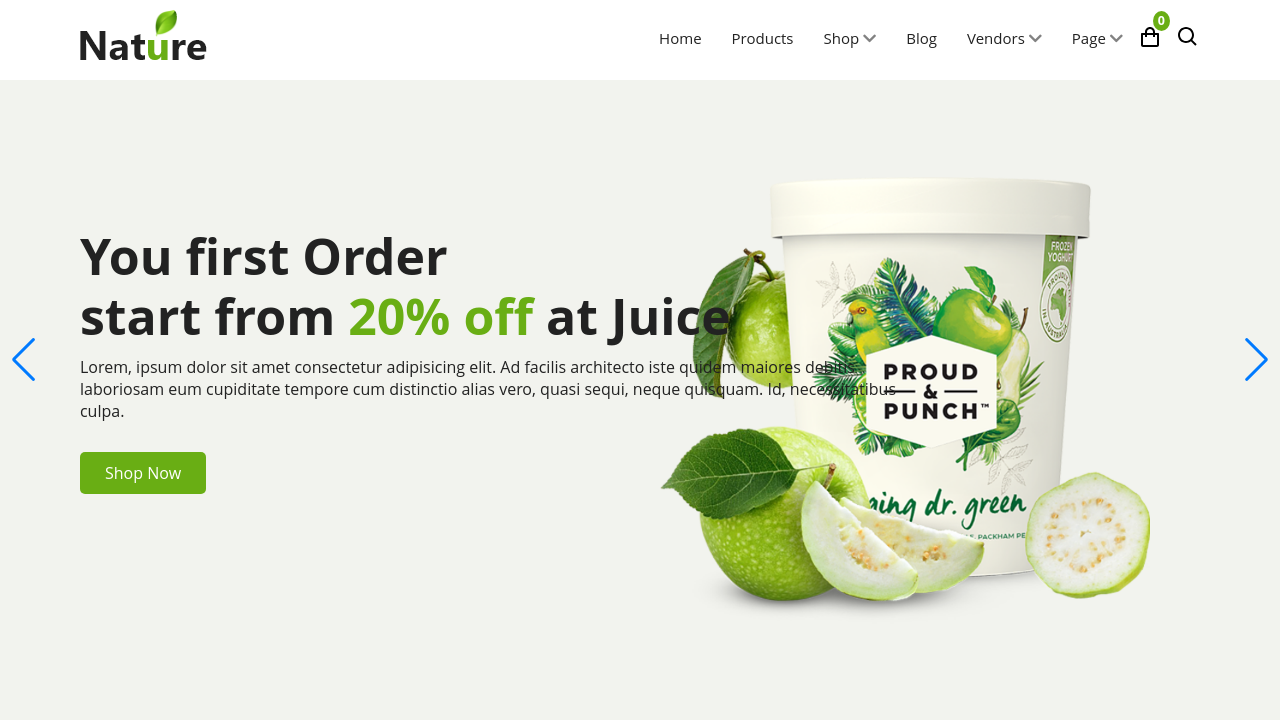
Repository: hoanggiainfomation/hoanggiainfomation.github.io
Page: index.html
These files come from the project's save history. The page is drawn as it stood at one moment and after the next save; the edit follows.
The browser window is 1280 px wide. The pictures show the whole page.
Some web libraries are served in a nearby version.

Above is the page before, as saved 2021-08-17 19:30:57.

### index.html
<!DOCTYPE html>
<html lang="en">
  <head>
    <meta charset="UTF-8" />
    <meta name="viewport" content="width=device-width, initial-scale=1.0" />
    <!-- Favicon -->
    <link rel="shortcut icon" href="./images/favicon.png" type="image/png" />
    <!-- Font Awesome -->
    <link
      rel="stylesheet"
      href="https://cdnjs.cloudflare.com/ajax/libs/font-awesome/5.15.1/css/all.min.css"
    />
    <!-- ======== Swiper Js ======= -->
    <link
      rel="stylesheet"
      href="https://cdnjs.cloudflare.com/ajax/libs/Swiper/6.7.5/swiper-bundle.min.css"
    />

    <!-- Boxicons -->
    <link
      href="https://unpkg.com/boxicons@2.0.8/css/boxicons.min.css"
      rel="stylesheet"
    />
    <!-- Custom StyleSheet -->
    <link rel="stylesheet" href="./styles.css" />
    <title>Codevo - Ecommerce Website</title>
  </head>
  <!-- Navigation -->
  <nav class="nav">
    <div class="wrapper container">
      <div class="logo">
        <a href="">
          <img src="./images/logo.png" alt="" />
        </a>
      </div>
      <ul class="nav-list show">
        <div class="top">
          <label for="" class="btn close-btn"
            ><i class="fas fa-times"></i
          ></label>
        </div>
        <li><a href="index.html">Home</a></li>
        <li><a href="products.html">Products</a></li>
        <li>
          <a href="" class="desktop-item"
            >Shop <span><i class="fas fa-chevron-down"></i></span
          ></a>
          <input type="checkbox" id="showMega" />
          <label for="showMega" class="mobile-item"
            >Shop <span><i class="fas fa-chevron-down"></i></span
          ></label>
          <div class="mega-box">
            <div class="content">
              <div class="row">
                <img src="./images/nav.png" alt="" />
              </div>
              <div class="row">
                <header>Shop Layout</header>
                <ul class="mega-links">
                  <li><a href="#">Shop With Background</a></li>
                  <li><a href="#">Shop Mini Categories</a></li>
                  <li><a href="#">Shop Only Categories</a></li>
                  <li><a href="#">Shop Icon Categories</a></li>
                </ul>
              </div>
              <div class="row">
                <header>Filter Layout</header>
                <ul class="mega-links">
                  <li><a href="#">Sidebar</a></li>
                  <li><a href="#">Filter Default</a></li>
                  <li><a href="#">Filter Drawer</a></li>
                  <li><a href="#">Filter Dropdown</a></li>
                </ul>
              </div>
              <div class="row">
                <header>Product Layout</header>
                <ul class="mega-links">
                  <li><a href="#">Layout Zoom</a></li>
                  <li><a href="#">Layout Sticky</a></li>
                  <li><a href="#">Layout Sticky 2</a></li>
                  <li><a href="#">Layout Scroll</a></li>
                </ul>
              </div>
            </div>
          </div>
        </li>
        <li><a href="">Blog</a></li>
        <li>
          <a href="" class="desktop-item"
            >Vendors <span><i class="fas fa-chevron-down"></i></span
          ></a>
          <input type="checkbox" id="showdrop1" />
          <label for="showdrop1" class="mobile-item"
            >Vendors <span><i class="fas fa-chevron-down"></i></span
          ></label>
          <ul class="drop-menu1">
            <li><a href="">Vendor Store listings</a></li>
            <li><a href="">Store Details</a></li>
          </ul>
        </li>

        <li>
          <a href="" class="desktop-item"
            >Page <span><i class="fas fa-chevron-down"></i></span
          ></a>
          <input type="checkbox" id="showdrop2" />
          <label for="showdrop2" class="mobile-item"
            >Page <span><i class="fas fa-chevron-down"></i></span
          ></label>
          <ul class="drop-menu2">
            <li><a href="">About</a></li>
            <li><a href="">Contact</a></li>
            <li><a href="">Faq</a></li>
            <li><a href="">Page 404</a></li>
          </ul>
        </li>
        <!-- icons -->
        <li class="icons">
          <a href="cart.html">
            <span>
              <img src="./images/shoppingBag.svg" alt="" />
              <small class="count d-flex">0</small>
            </span>
          </a>
          <span><img src="./images/search.svg" alt="" /></span>
        </li>
      </ul>
      <label for="" class="btn open-btn"><i class="fas fa-bars"></i></label>
    </div>
  </nav>
  <!-- Hero -->
  <div class="hero">
    <div class="row">
      <!-- Swiper -->
      <div class="swiper-container slider-1">
        <div class="swiper-wrapper">
          <div class="swiper-slide-active">
            <img src="./images/hero-1.png" alt="" />
            <div class="content">
              <h1>
                Super market vegbox
                <br />
                start from
                <span>$9</span>
              </h1>
              <p>
                Lorem, ipsum dolor sit amet consectetur adipisicing elit. Ad
                facilis architecto iste quidem maiores debitis laboriosam eum
                cupiditate tempore cum distinctio alias vero, quasi sequi, neque
                quisquam. Id, necessitatibus culpa.
              </p>
              <a href="">Shop Now</a>
            </div>
          </div>
          <div class="swiper-slide">
            <img src="./images/hero-2.png" alt="" />
            <div class="content">
              <h1>
                You first Order
                <br />
                start from
                <span>20% off</span>
                at Juice
              </h1>
              <p>
                Lorem, ipsum dolor sit amet consectetur adipisicing elit. Ad
                facilis architecto iste quidem maiores debitis laboriosam eum
                cupiditate tempore cum distinctio alias vero, quasi sequi, neque
                quisquam. Id, necessitatibus culpa.
              </p>
              <a href="">Shop Now</a>
            </div>
          </div>
          <div class="swiper-slide">
            <img src="./images/hero-3.png" alt="" />
            <div class="content">
              <h1>
                Super market vegbox
                <br />
                start from
                <span>$9</span>
              </h1>
              <p>
                Lorem, ipsum dolor sit amet consectetur adipisicing elit. Ad
                facilis architecto iste quidem maiores debitis laboriosam eum
                cupiditate tempore cum distinctio alias vero, quasi sequi, neque
                quisquam. Id, necessitatibus culpa.
              </p>
              <a href="">Shop Now</a>
            </div>
          </div>
        </div>
        <div class="swiper-button-next"></div>
        <div class="swiper-button-prev"></div>
      </div>
    </div>
  </div>
  <body>
    <!-- ======== SwiperJS ======= -->
    <script src="https://cdnjs.cloudflare.com/ajax/libs/Swiper/6.7.5/swiper-bundle.min.js"></script>
    <!-- Custom Scripts -->
    <script src="./js/slider.js"></script>
    <script src="./js/index.js"></script>
  </body>
</html>

### styles.css
:root {
  --primary: #69ae14;
  --white: #fff;
  --black: #222;
  --grey1: #3a3b3c;
  --grey2: #828282;
}

*,
*::before,
*::after {
  margin: 0;
  padding: 0;
  box-sizing: inherit;
}

@import url("https://fonts.googleapis.com/css2?family=Open+Sans:wght@400;600;700&display=swap");

html {
  box-sizing: border-box;
  font-size: 62.5%;
}

body {
  font-family: "Open Sans", sans-serif;
  font-size: 1.6rem;
  background-color: var(--white);
  color: var(--black);
  font-weight: 400;
}

h1,
h2,
h3,
h4,
h5 {
  font-weight: 600;
}

a {
  text-decoration: none;
  color: inherit;
}

li {
  list-style: none;
}

.container {
  max-width: 114rem;
  margin: 0 auto;
}

@media (max-width: 1200px) {
  .container {
    padding: 0 3rem;
  }
}

@media (max-width: 768px) {
  .container {
    max-width: 60rem;
  }
}

.d-flex {
  display: flex;
  align-items: center;
}

nav {
  position: fixed;
  top: 0;
  left: 0;
  width: 100%;
  z-index: 999;
  background-color: var(--white);
  height: 8rem;
  line-height: 8rem;
}

.nav.fix-nav {
  width: 100%;
  box-shadow: 0 5px 15px rgba(0, 0, 0, 0.3);
  z-index: 999;
}

nav .wrapper {
  display: flex;
  align-items: center;
  justify-content: space-between;
  position: relative;
  height: 100%;
}

.wrapper .logo {
  height: 100%;
}

.wrapper .logo a {
  display: flex;
  align-items: center;
  justify-content: center;
  height: 100%;
}

.wrapper .nav-list {
  display: inline-flex;
}

.nav-list li i {
  color: var(--grey2);
}
/* .nav-list li i::after {
  content: "";
  position: absolute;
  top: 0;
  right: 0;
  width: 10px;
  height: 10px;
} */

.nav-list a {
  color: var(--black);
  font-size: 1.5rem;
  padding: 0.9rem 1.5rem;
  border-radius: 0.5rem;
  transition: all 300ms ease;
}

.nav-list li a:hover {
  color: var(--primary);
}

.nav-list .drop-menu1,
.nav-list .drop-menu2 {
  box-shadow: 0 0 2px rgba(0, 0, 0, 0.1);
  width: 20rem;
  top: 8.5rem;
  line-height: 4.5rem;
  position: absolute;
  background-color: var(--white);
  opacity: 0;
  visibility: hidden;
  transition: all 300ms ease;
}

.nav-list .drop-menu1 li a,
.nav-list .drop-menu2 li a {
  display: block;
  font-size: 1.5rem;
  width: 100%;
  padding: 0 0 0 1.5rem;
  border-radius: 0;
  color: var(--grey2);
}

.nav-list .drop-menu1 li a:hover,
.nav-list .drop-menu2 li a:hover {
  color: var(--primary);
}

.nav-list li:hover .drop-menu1,
.nav-list li:hover .drop-menu2,
.nav-list li:hover .mega-box {
  opacity: 1;
  visibility: visible;
  top: 6.5rem;
}

.mega-box {
  box-shadow: 0 0 2px rgba(0, 0, 0, 0.1);
  position: absolute;
  top: 8.5rem;
  left: 0;
  width: 100%;
  padding: 0 3rem;
  background-color: var(--white);
  opacity: 0;
  visibility: hidden;
  transition: all 300ms ease;
}

.mega-box .content {
  padding: 2.5rem 2rem;
  display: flex;
  width: 100%;
  justify-content: space-between;
}

.mega-box .content .row {
  width: calc(25% - 3rem);
  line-height: 4.5rem;
}

.content .row img {
  width: 100%;
  height: 100%;
  object-fit: cover;
}

.content .row header {
  font-size: 1.6rem;
  font-weight: 700;
  color: var(--grey1);
}

.content .row .mega-links {
  border-left: 1px solid rgba(255, 255, 255, 0.09);
  margin-left: -4rem;
}

.content .row li {
  padding: 0 2rem;
}

.content .row li a {
  padding: 0 2rem;
  display: block;
  font-size: 1.5rem;
  color: var(--grey2);
}

.content .row li a:hover {
  color: var(--primary);
}

.nav-list .mobile-item {
  display: none;
}

.nav-list input {
  display: none;
}

.wrapper .btn {
  color: var(--white);
  font-size: 2rem;
  cursor: pointer;
  display: none;
}

.nav-list .icons span {
  display: inline-block;
  margin: 0.5rem 1rem 0 0;
  position: relative;
}

.nav-list .icons a {
  padding: 0;
  display: inline-block;
}

.nav-list .icons .count {
  justify-content: center;
  position: absolute;
  top: 0.8rem;
  right: -0.8rem;
  background-color: var(--primary);
  height: 2rem;
  padding: 0.5rem;
  color: var(--white);
  font-weight: 700;
  border-radius: 50%;
}

@media (max-width: 968px) {
  .wrapper .nav-list {
    position: fixed;
    top: 0;
    left: -100%;
    height: 100%;
    width: 100%;
    max-width: 35rem;
    background-color: var(--white);
    display: block;
    overflow-y: auto;
    line-height: 5rem;
    box-shadow: 0 1.5rem 1.5rem rgba(0, 0, 0, 0.1);
    transition: all 300ms linear;
  }

  .wrapper .nav-list.show {
    left: 0;
  }

  .nav-list li {
    margin: 1.5rem 1rem;
  }

  .nav-list a {
    display: block;
    font-size: 1.8rem;
    padding: 0 2rem;
    color: var(--black);
  }

  .nav-list .drop-menu1,
  .nav-list .drop-menu2 {
    position: static;
    opacity: 1;
    visibility: visible;
    top: 6.5rem;
    padding-left: 2rem;
    width: 100%;
    max-height: 0;
    overflow: hidden;
  }

  #showdrop1:checked ~ .drop-menu1,
  #showdrop2:checked ~ .drop-menu2,
  #showMega:checked ~ .mega-box {
    max-height: 100%;
  }

  .nav-list .drop-menu1 li,
  .nav-list .drop-menu2 li {
    margin: 0;
  }

  .nav-list .drop-menu1 li a,
  .nav-list .drop-menu2 li a {
    color: var(--grey2);
    font-size: 1.5rem;
  }

  .nav-list .desktop-item {
    display: none;
  }

  .nav-list .mobile-item {
    display: block;
    font-size: 1.8rem;
    padding-left: 2rem;
    color: var(--black);
    cursor: pointer;
    border-radius: 0.5rem;
  }

  .nav-list .mobile-item:hover {
    color: var(--primary);
  }

  .mega-box {
    position: static;
    top: 6.5rem;
    padding: 0 2rem;
    opacity: 1;
    visibility: visible;
    max-height: 0;
    overflow: hidden;
    transition: all 300ms ease;
  }

  .mega-box .content {
    flex-direction: column;
    padding: 2rem 2rem 0 2rem;
  }

  .mega-box .content .row {
    width: 100%;
    border-top: 1px solid rgba(255, 255, 255, 0.09);
    margin-bottom: 1.5rem;
  }

  .content .row:nth-child(1),
  .content .row:nth-child(2) {
    border-top: 0;
  }

  .content .row .mega-links {
    border-left: 0;
    padding-left: 2rem;
  }

  .row .mega-links li {
    margin: 0;
  }

  .wrapper .btn {
    display: block;
    color: var(--black);
  }

  .nav-list .top {
    position: relative;
    display: block;
    background-color: var(--primary);
    width: 100%;
    height: 8rem;
  }

  .nav-list .close-btn {
    position: absolute;
    top: 1.5rem;
    right: 2.5rem;
    color: var(--white);
  }

  .nav-list .icons {
    padding-left: 2rem;
  }
}
/* Hero */
.hero {
  height: 100vh;
  position: relative;
  overflow: hidden;
}

.swiper-container,
.hero .row {
  width: 100%;
  height: 100%;
}

.hero .row {
  position: relative;
}

.hero .row img {
  height: 100%;
  width: 100%;
  object-fit: cover;
}

.hero .row .content {
  position: absolute;
  top: 50%;
  left: 80px;
  transform: translateY(-50%);
}

.hero .row .content h1 {
  line-height: 1.2;
  font-size: 5rem;
  font-weight: 700;
}

.hero .row .content span {
  color: var(--primary);
}

.hero .row .content p {
  margin: 1rem 0 1rem;
  width: 70%;
}

.hero .row .content a {
  display: inline-block;
  color: var(--white);
  background-color: var(--primary);
  border-radius: 5px;
  padding: 1rem 2.5rem;
  margin-top: 2rem;
}

.swiper-slide-active .content h1 {
  animation: movebottom 1s ease-in-out;
}

.swiper-slide-active .content a {
  animation: movetop 1s ease-in-out;
}

.swiper-slide-active .content p {
  animation: moveleft 1s ease-in-out;
}
@keyframes movebottom {
  0% {
    transform: translateY(-100px);
    opacity: 0;
  }
  100% {
    transform: translateY(0px);
    opacity: 1;
  }
}
@keyframes movetop {
  0% {
    transform: translateY(-100px);
    opacity: 0;
  }
  100% {
    transform: translateY(0px);
    opacity: 1;
  }
}
@keyframes moveleft {
  0% {
    transform: translateX(-100px);
    opacity: 0;
  }
  100% {
    transform: translateX(0px);
    opacity: 1;
  }
}

### js/slider.js
const swiper1 = new Swiper(".slider-1", {
  autuplay: {
    delay: 3500,
    disableOnInteraction: false,
  },
  grapbCursor: true,
  effect: "fade",
  loop: true,
  navigator: {
    nextEl: ".swiper-next",
    pervEl: ".swiper-prev",
  },
});

### js/index.js
const openNav = document.querySelector(".open-btn");
const closeNav = document.querySelector(".close-btn");
const menu = document.querySelector(".nav-list");

openNav.addEventListener("click", () => {
  menu.classList.add("show");
});
closeNav.addEventListener("click", () => {
  menu.classList.remove("show");
});

After the next save:
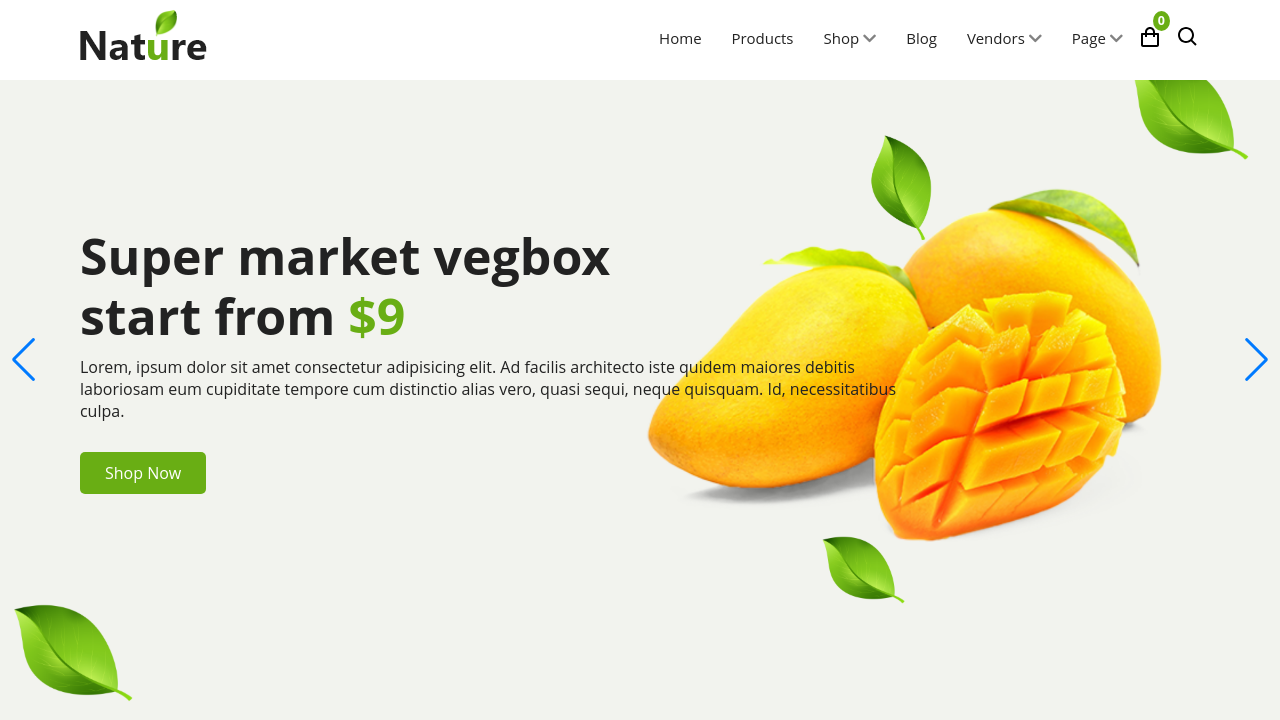
Saved 25 s later.
--- a/index.html
+++ b/index.html
@@ -134,7 +134,7 @@
       <!-- Swiper -->
       <div class="swiper-container slider-1">
         <div class="swiper-wrapper">
-          <div class="swiper-slide-active">
+          <div class="swiper-slide">
             <img src="./images/hero-1.png" alt="" />
             <div class="content">
               <h1>
